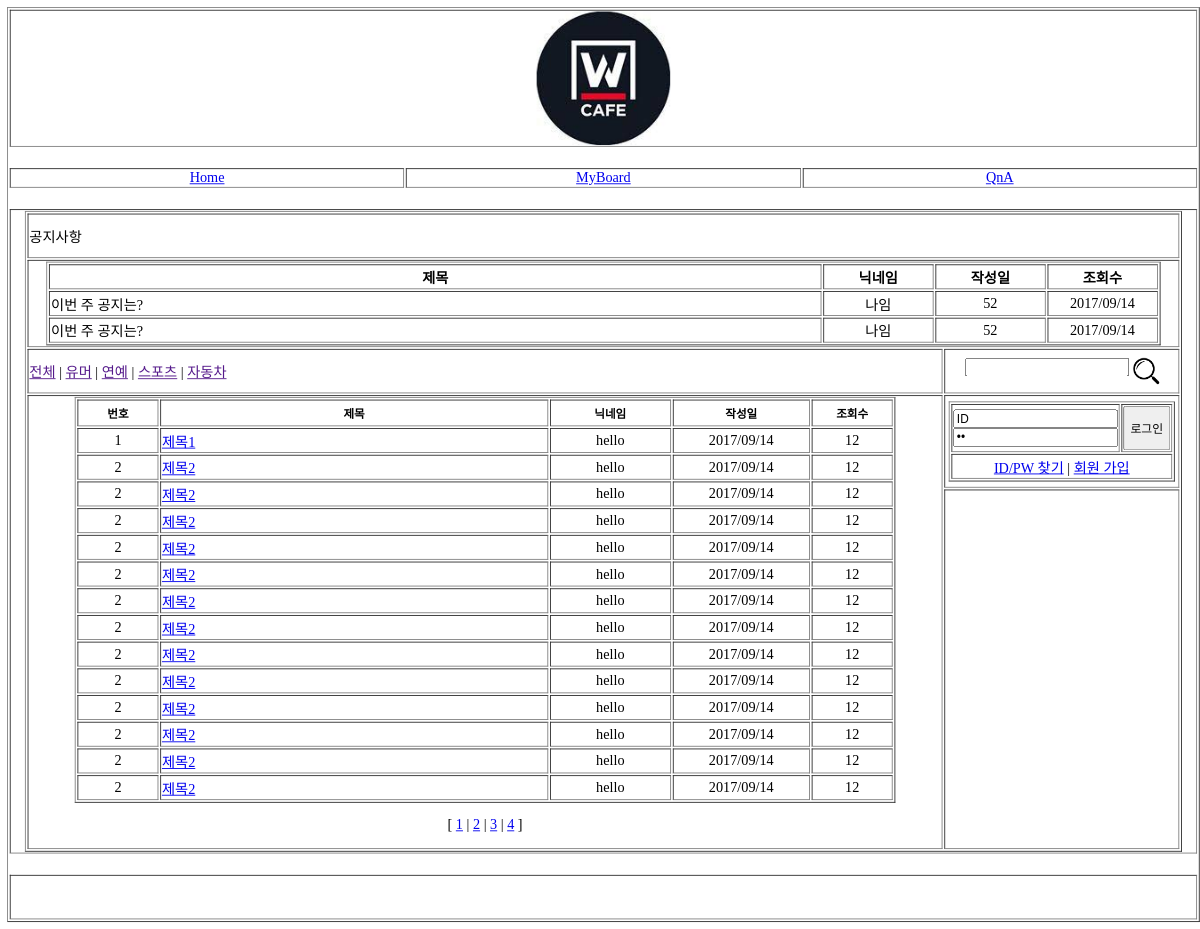
Repository: Leewonhoo/kostaweb
Page: http://localhost/FirstProject/
These files come from the project's save history. The page is drawn as it stood at one moment and after the next save; the edit follows.
The browser window is 1280 px wide. The page is 1348 px wide, so the pictures cover 1348 px, including what lies to the right of the window. The pictures show the whole page, at 89% of full size.
The page is served by Tomcat 9. Other server files are loaded and not shown.

Above is the page before, as saved 2017-09-14 08:21:00.

### FirstProject/WebContent/index.jsp
<%@ page language="java" contentType="text/html; charset=UTF-8"
    pageEncoding="UTF-8"%>
<!DOCTYPE html PUBLIC "-//W3C//DTD HTML 4.01 Transitional//EN" "http://www.w3.org/TR/html4/loose.dtd">
<html>
<head>
<meta http-equiv="Content-Type" content="text/html; charset=UTF-8">
<title>Insert title here</title>
</head>
<body>
	<!-- 전체 레이아웃 -->
	<table border="1" height="620px" width="1340px">
		<!-- header -->
		<tr>
			<td colspan="3" width="1330px" align="center">
				<a href="index.jsp"><img title="W Cafe Logo" alt="로고" src="images/Logo.jpg" align="middle"></a>
			</td>
		</tr>
		<tr height="20px"></tr>
		<!-- 메뉴바 -->
		<tr>
			<td width="30%" align="center"><a href="#">Home</a></td>
			<td width="30%" align="center"><a href="#">MyBoard</a></td>
			<td width="30%" align="center"><a href="#">QnA</a></td>
		</tr>
		<tr height="20px"></tr>
		<!-- body -->
		<tr height="380px">
		<td colspan="3">
			<table border="1" width="1300px" height="400px" align="center">
				<tr height="50px">
					<td colspan="2">공지사항</td>
				</tr>
				<tr>
					<td colspan="2">
						<table border="1" height="100%" width="97%" align="center">
							<tr height="10%">
								<th width="70%">제목</th>
								<th width="10%">닉네임</th>
								<th width="10%">작성일</th>
								<th width="10%">조회수</th>
							</tr>
							<tr>
								<td>이번 주 공지는?</td>
								<td align="center">나임</td>
								<td align="center">52</td>
								<td align="center">2017/09/14</td>
							</tr>
							<tr>
								<td>이번 주 공지는?</td>
								<td align="center">나임</td>
								<td align="center">52</td>
								<td align="center">2017/09/14</td>
							</tr>
						</table>
					</td>
				</tr>
				<tr height="50px">
					<!-- 카테고리 -->
					<td width="900px">
						<a href="">전체</a>
						<span>|</span>
						<a href="">유머</a>
						<span>|</span>
						<a href="">연예</a>
						<span>|</span>
						<a href="">스포츠</a>
						<span>|</span>
						<a href="">자동차</a>
					</td>
					<!-- 검색 -->
					<td width="200px" align="center">
						<input type="text" size="20">
						<input type="image" src="images/search.jpg" title="search" width="30px" height="30px" align="middle">
					</td>
				</tr>
				<tr>
					<!-- 게시판 -->
					<td rowspan="2" width="1000px">

						<table border = "1" width="90%" align="center">
							<tr height="30px">
								<th width = "10%"><font size=2><b>번호</b></font></th>
								<th width = "*%"><font size=2><b>제목</b></font></th>
								<th width = "15%"><font size=2><b>닉네임</b></font></th>
								<th width = "17%"><font size=2><b>작성일</b></font></th>
								<th width = "10%"><font size=2><b>조회수</b></font></th>
							</tr>

							<!--  <tr> <td colspan=5>등록된 게시글이 없습니다</td> </tr>  -->

							<tr>
								<td align = "center">1</td>
								<td><a href="#">제목1</a></td>
								<td align = "center">hello</td>
								<td align = "center">2017/09/14</td>
								<td align = "center">12</td>
							</tr>
							<tr>
								<td align = "center">2</td>
								<td><a href="#">제목2</a></td>
								<td align = "center">hello</td>
								<td align = "center">2017/09/14</td>
								<td align = "center">12</td>
							</tr>
							<tr>
								<td align = "center">2</td>
								<td><a href="#">제목2</a></td>
								<td align = "center">hello</td>
								<td align = "center">2017/09/14</td>
								<td align = "center">12</td>
							</tr>
							<tr>
								<td align = "center">2</td>
								<td><a href="#">제목2</a></td>
								<td align = "center">hello</td>
								<td align = "center">2017/09/14</td>
								<td align = "center">12</td>
							</tr>
							<tr>
								<td align = "center">2</td>
								<td><a href="#">제목2</a></td>
								<td align = "center">hello</td>
								<td align = "center">2017/09/14</td>
								<td align = "center">12</td>
							</tr>
							<tr>
								<td align = "center">2</td>
								<td><a href="#">제목2</a></td>
								<td align = "center">hello</td>
								<td align = "center">2017/09/14</td>
								<td align = "center">12</td>
							</tr>
							<tr>
								<td align = "center">2</td>
								<td><a href="#">제목2</a></td>
								<td align = "center">hello</td>
								<td align = "center">2017/09/14</td>
								<td align = "center">12</td>
							</tr>
							<tr>
								<td align = "center">2</td>
								<td><a href="#">제목2</a></td>
								<td align = "center">hello</td>
								<td align = "center">2017/09/14</td>
								<td align = "center">12</td>
							</tr>
							<tr>
								<td align = "center">2</td>
								<td><a href="#">제목2</a></td>
								<td align = "center">hello</td>
								<td align = "center">2017/09/14</td>
								<td align = "center">12</td>
							</tr>
							<tr>
								<td align = "center">2</td>
								<td><a href="#">제목2</a></td>
								<td align = "center">hello</td>
								<td align = "center">2017/09/14</td>
								<td align = "center">12</td>
							</tr>
							<tr>
								<td align = "center">2</td>
								<td><a href="#">제목2</a></td>
								<td align = "center">hello</td>
								<td align = "center">2017/09/14</td>
								<td align = "center">12</td>
							</tr>
							<tr>
								<td align = "center">2</td>
								<td><a href="#">제목2</a></td>
								<td align = "center">hello</td>
								<td align = "center">2017/09/14</td>
								<td align = "center">12</td>
							</tr>
							<tr>
								<td align = "center">2</td>
								<td><a href="#">제목2</a></td>
								<td align = "center">hello</td>
								<td align = "center">2017/09/14</td>
								<td align = "center">12</td>
							</tr>
							<tr>
								<td align = "center">2</td>
								<td><a href="#">제목2</a></td>
								<td align = "center">hello</td>
								<td align = "center">2017/09/14</td>
								<td align = "center">12</td>
							</tr>
						</table>
						<p align="center">
							<span>[</span>
							<a href="#">1</a>
							<span>|</span>
							<a href="#">2</a>
							<span>|</span>
							<a href="#">3</a>
							<span>|</span>
							<a href="#">4</a>
							<span>]</span>
						</p>

					</td>
					<td height="100px">
						<form action="login.html">
						<table border="1" align="center">
							<tr>
								<!-- 로그인 전 -->
								<td align="center">
									<input type="text" value="ID"/><br>
									<input type="password" value="PW">
								</td>
								<td><input type="submit" value="로그인" style="height: 50px;"></td>
							</tr>
							<tr>
								<td colspan="2" align="center">
									<a href="search.jsp">ID/PW 찾기</a>
									<span>|</span>
									<a href="register.jsp">회원 가입</a>
								</td>
							</tr>
						</table>
						</form>
					</td>
				</tr>
				<tr>
					<!-- 로그인 밑 빈공간 -->
					<td></td>
				</tr>
			</table>
			</td>
		</tr>
		<tr height="20px"></tr>
		<!-- foot -->
		<tr height="50px">
			<td colspan="4" width="1366px"></td>
		</tr>
	</table>
</body>
</html>

After the next save:
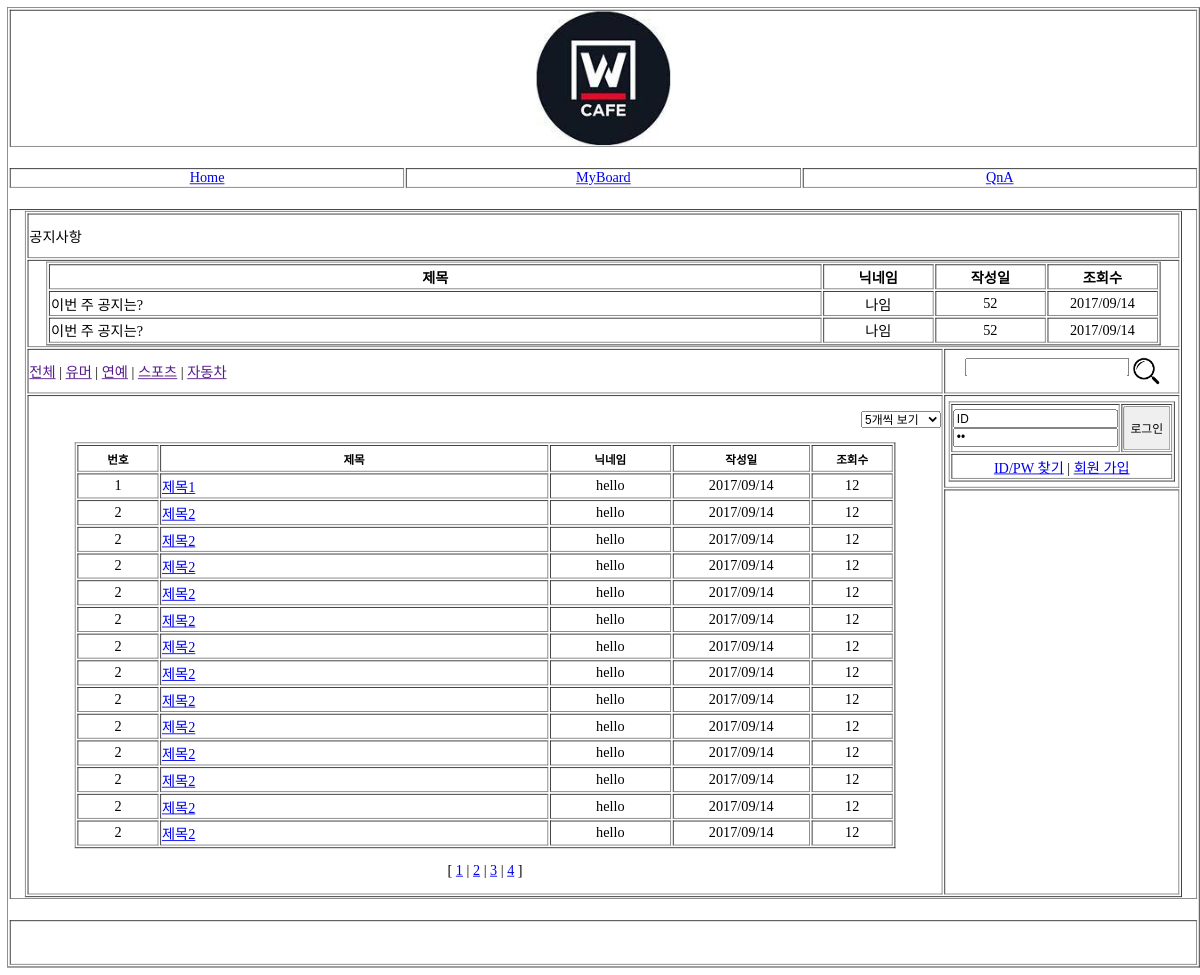
Saved 3 min 36 s later.
--- a/FirstProject/WebContent/index.jsp
+++ b/FirstProject/WebContent/index.jsp
@@ -76,7 +76,14 @@
 				<tr>
 					<!-- 게시판 -->
 					<td rowspan="2" width="1000px">
-
+						<p align="right">
+							<select>
+								<option value="5">5개씩 보기</option>
+								<option value="10">10개씩 보기</option>
+								<option value="15">15개씩 보기</option>
+								<option value="30">30개씩 보기</option>
+							</select>
+						</p>
 						<table border = "1" width="90%" align="center">
 							<tr height="30px">
 								<th width = "10%"><font size=2><b>번호</b></font></th>
